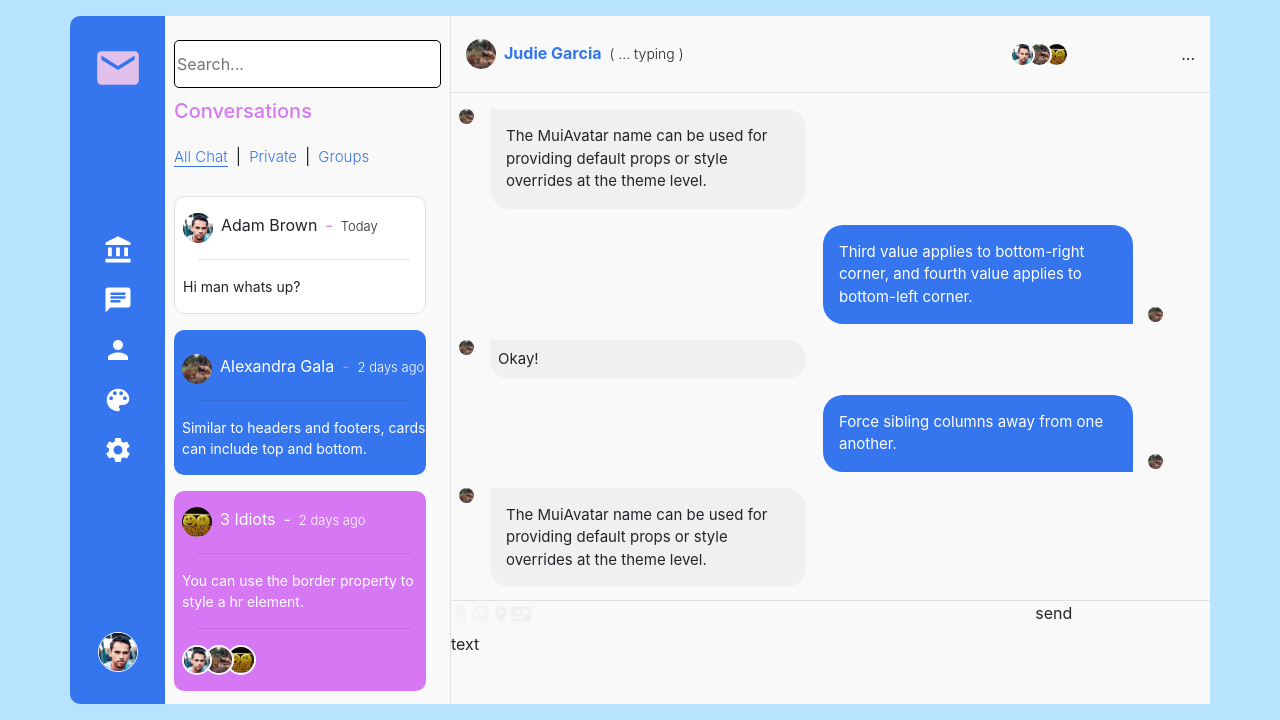
Repository: arafat877/super-chat
Page: /
These files come from the project's save history. The page is drawn as it stood at one moment and after the next save; the edit follows.
The browser window is 1280 px wide. The pictures show the whole page.
The project was rebuilt for these pictures with package versions that can differ from the ones it lists, and the page was loaded fresh each time.

Above is the page before, as saved 2020-08-07 02:44:04.

After the next save:
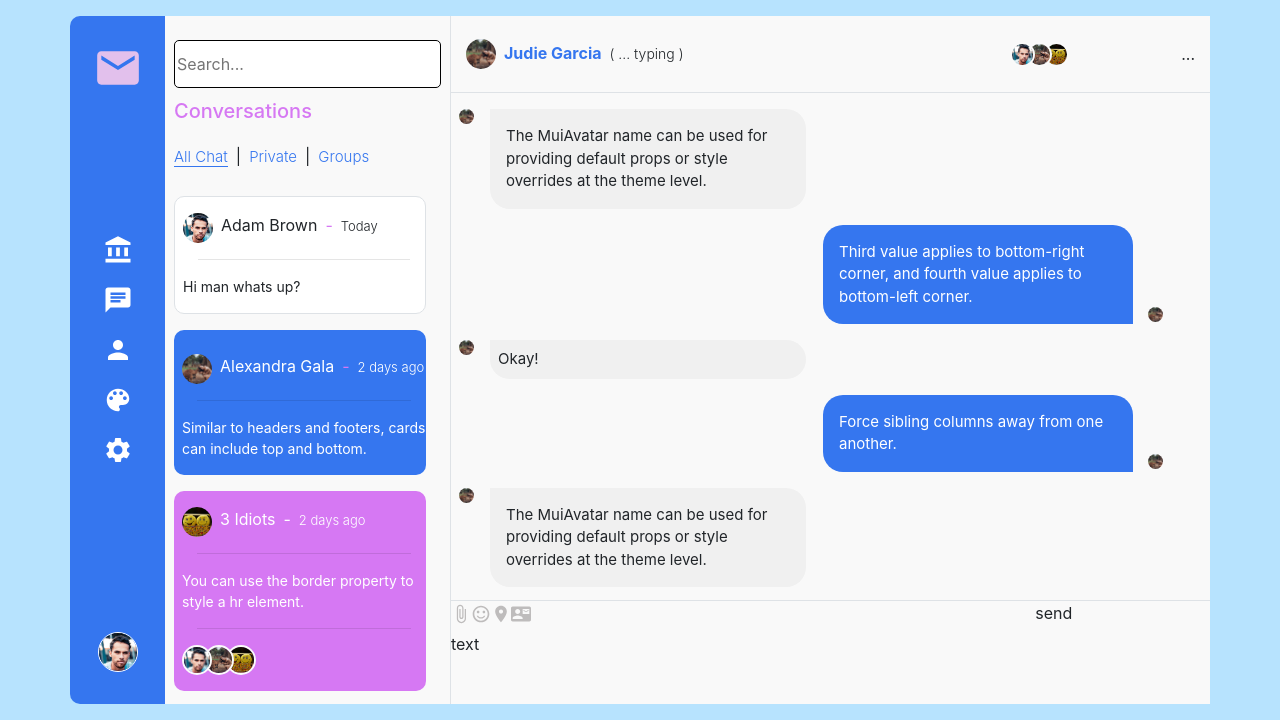
Saved 7 s later.
--- a/src/App.scss
+++ b/src/App.scss
@@ -295,7 +295,7 @@
 
               .emojiListItem{
                   .emojiListItemIcon{
-                      color: #f0f0f0;
+                      color: #bebcbc;
                       font-size: 20px;
                   }
               }
